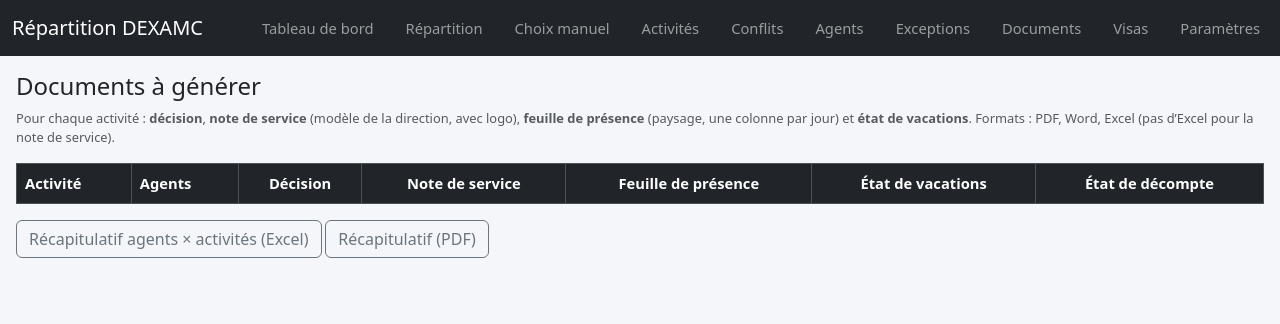
Repository: Mikandry/vacation
Page: http://localhost/documents
The author's editor kept a copy of each file at every save. The page is drawn from the files as they stood at one save, then again after the next save.
The browser window is 1280 px wide. The pictures show the whole page.
The page is served by the project's Laravel application, run on PHP 8.4 with Laravel 12. Queries for data that is not in the repository find no rows.

Above is the page before, as saved 2026-10-20 06:38:26.

After the next save:
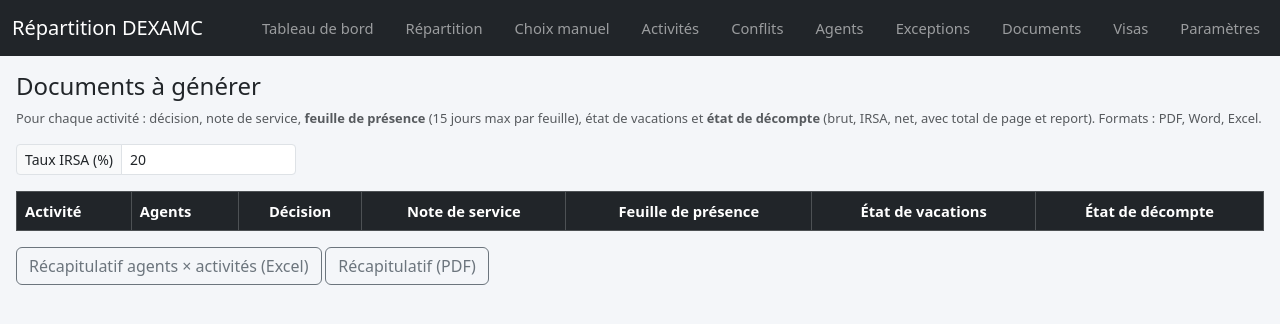
Saved 28 s later.
--- a/resources/views/docs/index.blade.php
+++ b/resources/views/docs/index.blade.php
@@ -2,24 +2,48 @@
 @section('title','Documents')
 @section('content')
 <h4>Documents à générer</h4>
-<p class="text-muted small">Pour chaque activité : <b>décision</b>, <b>note de service</b> (modèle de la direction, avec logo), <b>feuille de présence</b> (paysage, une colonne par jour) et <b>état de vacations</b>. Formats : PDF, Word, Excel (pas d’Excel pour la note de service).</p>
-<table class="table table-bordered bg-white align-middle"><thead class="table-dark"><tr><th>Activité</th><th>Agents</th>
+<p class="text-muted small">Pour chaque activité : décision, note de service, <b>feuille de présence</b> (15 jours max par feuille), état de vacations et <b>état de décompte</b> (brut, IRSA, net, avec total de page et report). Formats : PDF, Word, Excel.</p>
+
+<div class="input-group input-group-sm mb-3" style="max-width:280px">
+ <span class="input-group-text">Taux IRSA (%)</span>
+ <input id="irsa" type="number" step="0.1" min="0" max="100" class="form-control" value="{{ $irsa }}">
+</div>
+
+<table class="table table-bordered bg-white align-middle">
+<thead class="table-dark"><tr><th>Activité</th><th>Agents</th>
  @foreach(\App\Services\DocumentExporter::TITLES as $t)<th class="text-center">{{ $t }}</th>@endforeach</tr></thead>
-@foreach($acts as $a)<tr class="{{ $a->active?'':'text-muted' }}">
+@foreach($acts as $a)
+<tr class="{{ $a->active?'':'text-muted' }}">
  <td><b>{{ $a->code }}</b><br><small>{{ $a->name }} — {{ $a->days }} j × {{ number_format($a->rate,0,',',' ') }} Ar</small>
   <br><a class="small" href="{{ route('choix.show',$a) }}">✎ choisir les agents</a></td>
  <td>{{ $a->assignments_count }}</td>
  @foreach(array_keys(\App\Services\DocumentExporter::TITLES) as $t)
  <td class="text-center text-nowrap">
   @if($a->assignments_count)
-   <a class="btn btn-sm btn-outline-danger" href="{{ route('documents.export',[$a,$t,'pdf']) }}">PDF</a>
-   <a class="btn btn-sm btn-outline-primary" href="{{ route('documents.export',[$a,$t,'docx']) }}">Word</a>
-   @if($t !== 'note')<a class="btn btn-sm btn-outline-success" href="{{ route('documents.export',[$a,$t,'xlsx']) }}">Excel</a>@endif
+   @php $u=fn($f)=>route('documents.export',[$a,$t,$f]); @endphp
+   <a class="btn btn-sm btn-outline-danger" @if($t==='decompte') data-dec="{{ $u('pdf') }}" @endif href="{{ $u('pdf') }}">PDF</a>
+   <a class="btn btn-sm btn-outline-primary" @if($t==='decompte') data-dec="{{ $u('docx') }}" @endif href="{{ $u('docx') }}">Word</a>
+   @if($t!=='note')<a class="btn btn-sm btn-outline-success" @if($t==='decompte') data-dec="{{ $u('xlsx') }}" @endif href="{{ $u('xlsx') }}">Excel</a>@endif
+   @if($t==='presence')
+    <div class="small text-muted mt-1">sans dates :
+     <a href="{{ $u('pdf') }}?dates=0">PDF</a> · <a href="{{ $u('docx') }}?dates=0">Word</a> · <a href="{{ $u('xlsx') }}?dates=0">Excel</a></div>
+   @endif
   @else <span class="text-muted small">aucun agent</span>@endif
  </td>
  @endforeach
-</tr>@endforeach
+</tr>
+@endforeach
 </table>
 <a class="btn btn-outline-secondary" href="{{ route('distribution.recap','xlsx') }}">Récapitulatif agents × activités (Excel)</a>
 <a class="btn btn-outline-secondary" href="{{ route('distribution.recap','pdf') }}">Récapitulatif (PDF)</a>
 @endsection
+
+@push('scripts')
+<script>
+const irsa=document.getElementById('irsa');
+function upd(){
+ document.querySelectorAll('a[data-dec]').forEach(a=>{ a.href=a.dataset.dec+'?irsa='+encodeURIComponent(irsa.value); });
+}
+irsa.addEventListener('input',upd); upd();
+</script>
+@endpush
